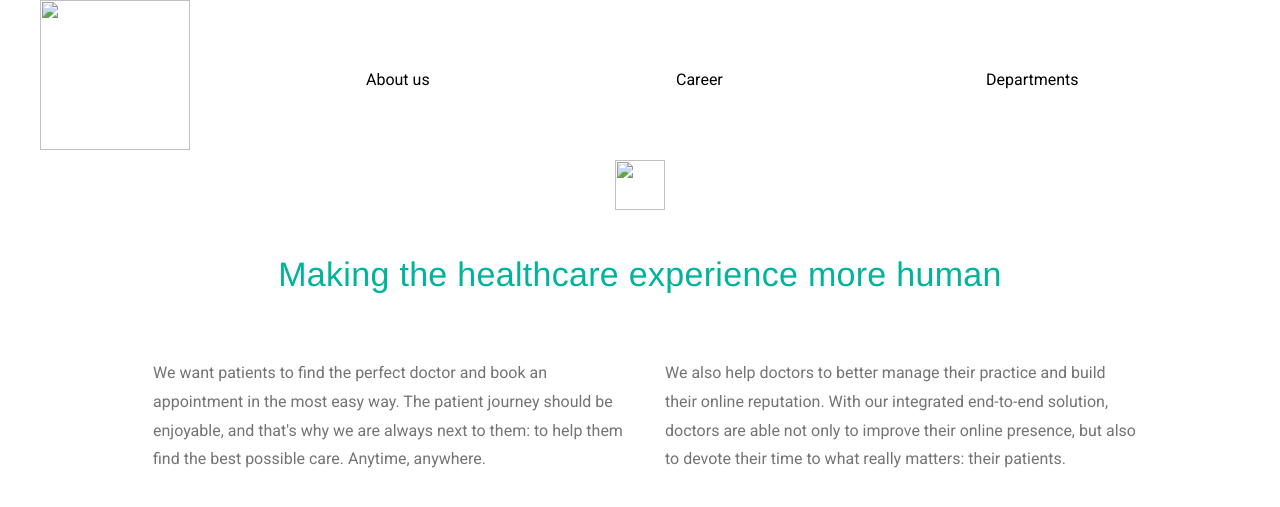
Repository: Hassanine-jaouadi/docplanner
Page: doc-panner.html
The author's editor kept a copy of each file at every save. The page is drawn from the files as they stood at one save, then again after the next save.
The browser window is 1280 px wide. The pictures show the whole page.
Some web libraries are served in a nearby version.

Above is the page before, as saved 2020-01-17 10:28:33.

After the next save:
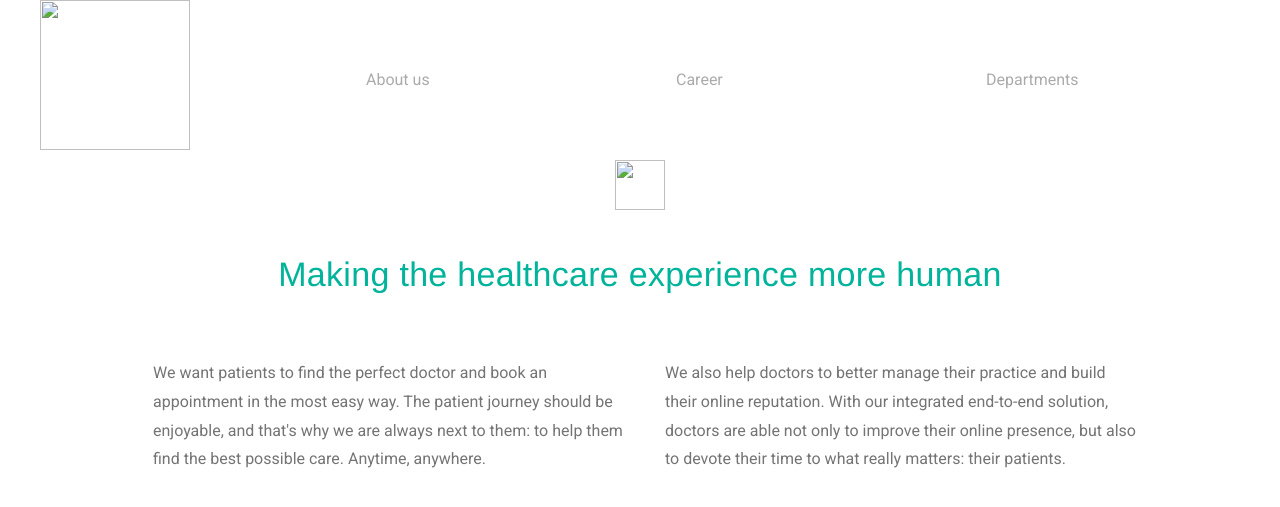
Saved 6 min 19 s later.
--- a/style.css
+++ b/style.css
@@ -39,12 +39,15 @@ body {
 
 
 .flex-container  a {
-    color: black;
+    color: #ababab;
     padding: 12px 16px;
     text-decoration: none ;
     display: block;
 
   }
+
+
+
 
   li {
       list-style: none;
